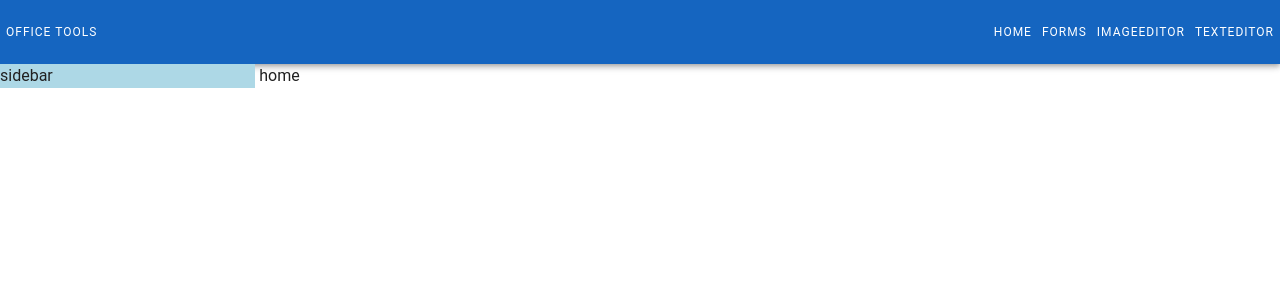
Repository: Vijay-Singh1/office-tools
Page: /form-builder
These files come from the project's save history. The page is drawn as it stood at one moment and after the next save; the edit follows.
The browser window is 1280 px wide. The pictures show the whole page.
The project was rebuilt for these pictures with package versions that can differ from the ones it lists, and the page was loaded fresh each time. Also part of the build but not shown: vite.config.ts, src/FormBuilderApp/src/pages/CreateForm.tsx, src/FormBuilderApp/src/pages/OpenForms.tsx, src/App.css.

Above is the page before, as saved 2024-09-05 21:33:12.

After the next save:
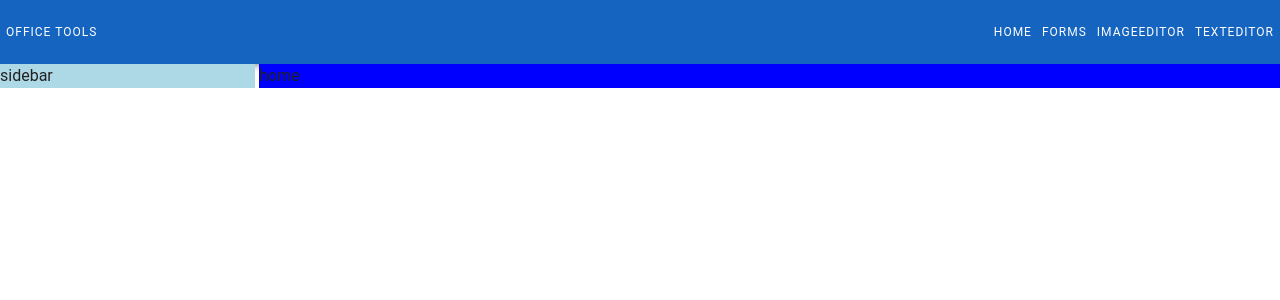
Saved 16 s later.
--- a/src/FormBuilderApp/src/pages/FormBuilderHome.tsx
+++ b/src/FormBuilderApp/src/pages/FormBuilderHome.tsx
@@ -3,7 +3,7 @@ import React from 'react'
 
 const FormBuilderHome = () => {
   return (
-    <Box flex ={4}>
+    <Box flex ={4} bgcolor={"blue"}>
       home
     </Box>
   )
